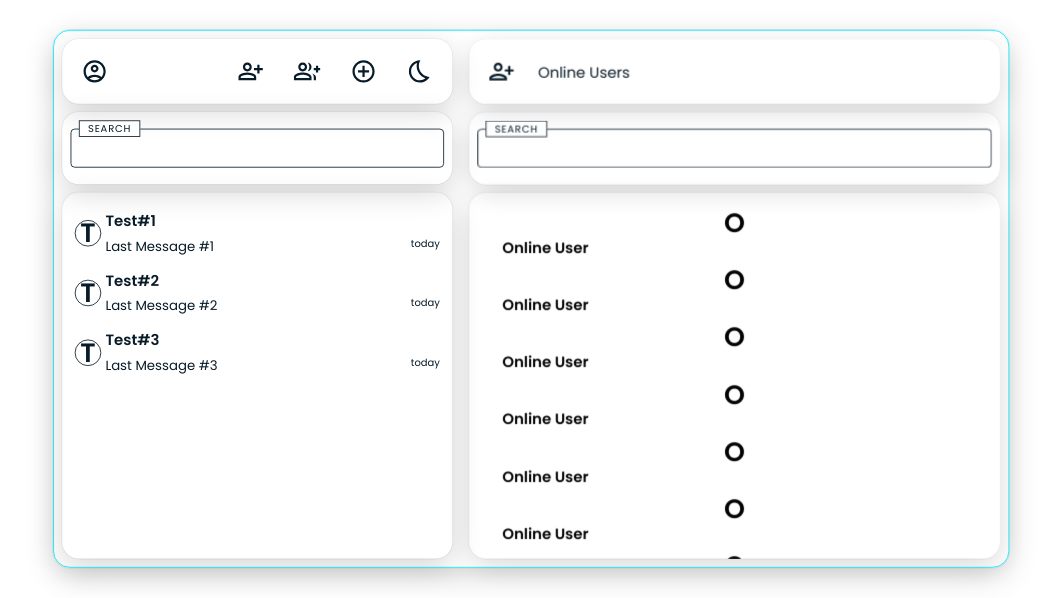
Repository: swastikjhacoder/mern-chat-frontend-only
Page: /users
The author's editor kept a copy of each file at every save. The page is drawn from the files as they stood at one save, then again after a run of saves.
The browser window is 1280 px wide. The pictures show the whole page, at 83% of full size.
An inner scrolling area shows only its first screen. The project was rebuilt for these pictures with package versions that can differ from the ones it lists, and the page was loaded fresh each time. Also part of the build but not shown: src/components/loginSignup/Login.jsx, src/components/chat/MessageOthers.jsx, src/components/chat/MessageSelf.jsx, src/components/chat/ChatContainer.jsx. Imported but missing from the stored project, and not drawn on this page: src/components/loginSignup/SignUp.

Above is the page before, as saved 2023-09-21 22:45:03.

After the next 2 saves:
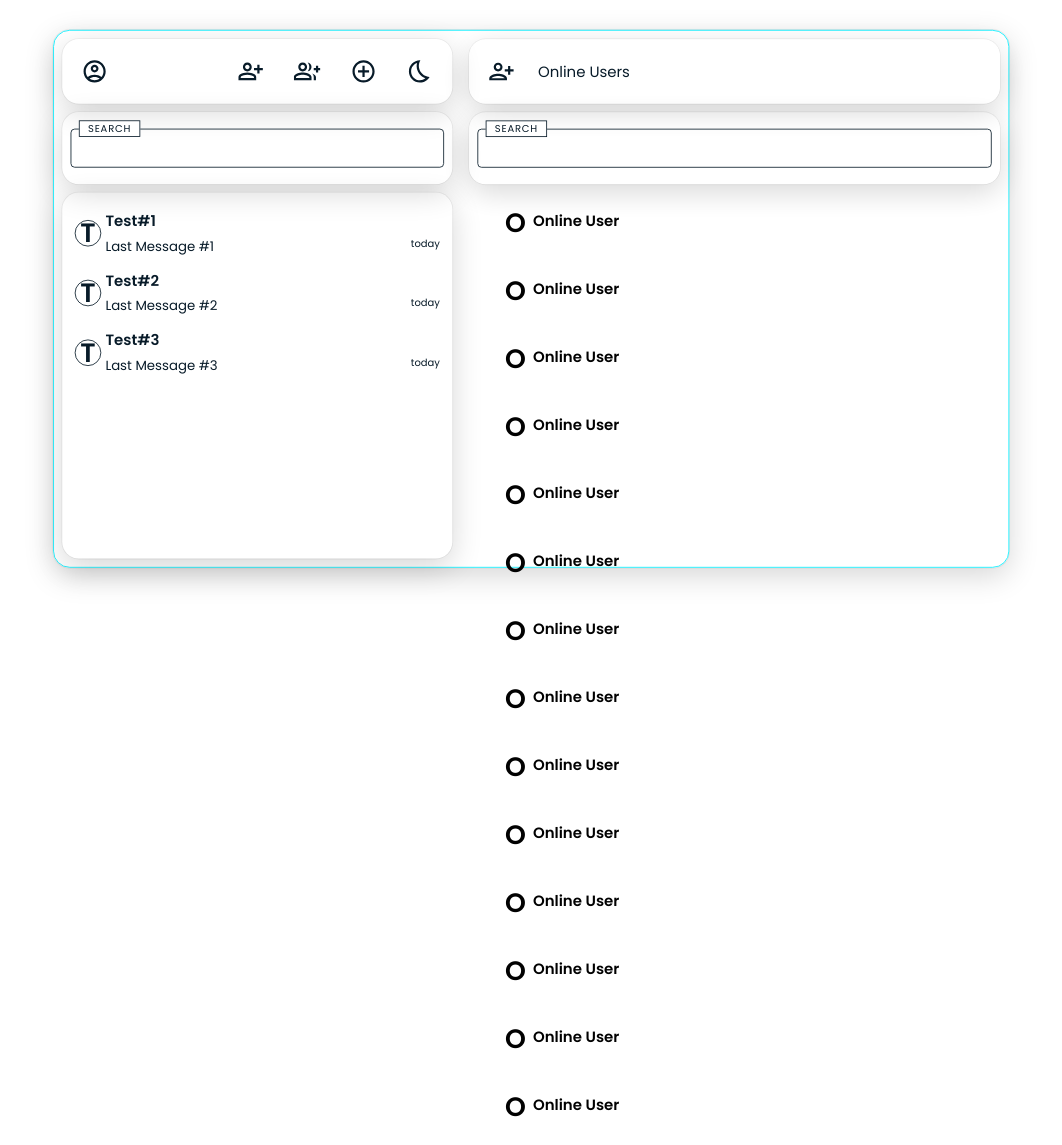
The 2 saves are shown as one change because they came seconds apart.
The last was saved 80 s later.
--- a/src/index.css
+++ b/src/index.css
@@ -317,21 +317,21 @@ body {
   box-shadow: var(--box-shadow);
 }
 
-.online-users-list {
-  display: flex;
-  flex-direction: column;
+.online-users-container {
+  display: flex;
   flex: 1;
-  gap: 10px;
-  padding: 10px;
+  gap: 5px;
+  background-color: var(--container-color);
   border-radius: 20px;
   padding: 20px 40px;
   overflow-y: scroll;
-  box-shadow: var(--box-shadow);
+  margin-bottom: 10px;
+  box-shadow: var(--div-shadow);
   cursor: pointer;
   transition-duration: .5s;
 }
 
-.og-conversations {
+.ou-conversations {
   background-color: var(--container-color);
   border-radius: 20px;
   padding: 10px 5px;
